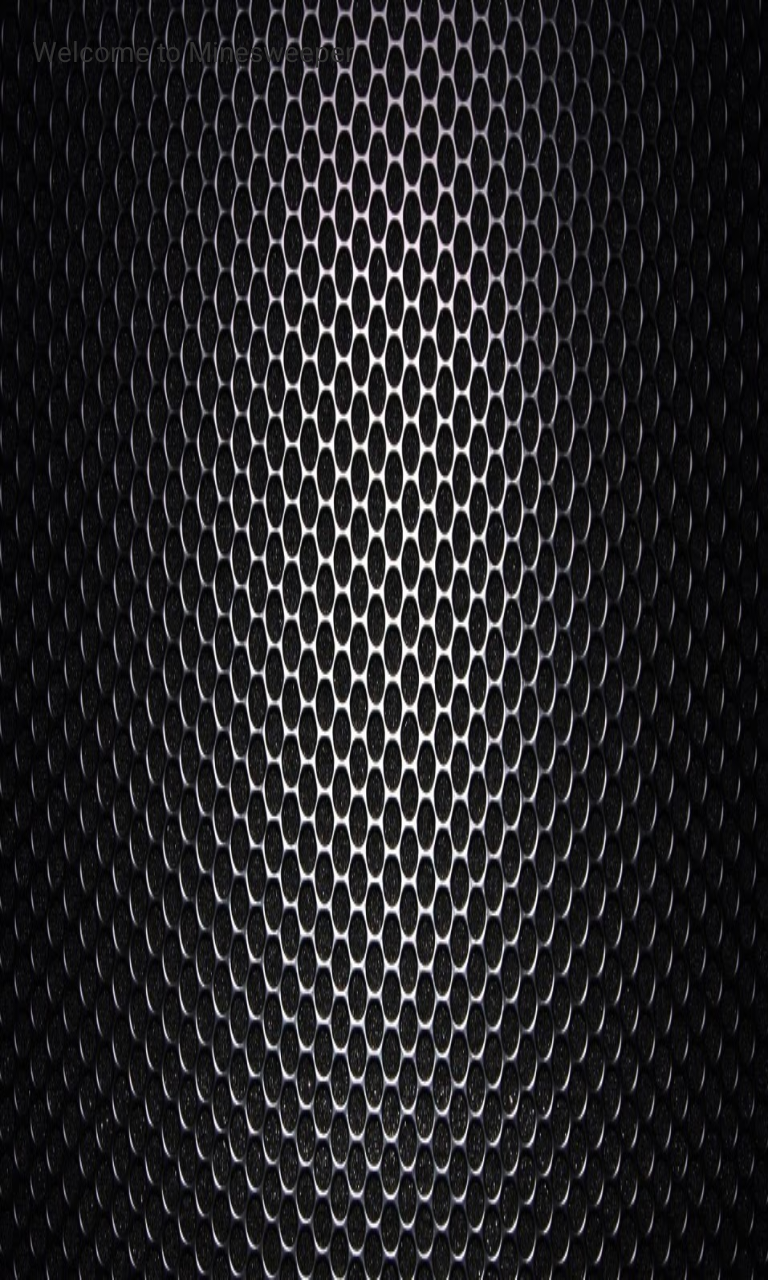
Repository: raquelvillon/BuscaminasLenguajes
Layout: buscaminas/res/layout/activity_main.xml
These files come from the project's save history. The layout is drawn as it stood at one moment and after a run of saves; the edit follows.
It is drawn on a 768 x 1280 px phone screen (xhdpi) without system bars, with theme AppTheme; the app's code is not run.

Above is the layout before, as saved 2013-11-22 06:56:47.

### buscaminas/res/layout/activity_main.xml
<RelativeLayout xmlns:android="http://schemas.android.com/apk/res/android"
    xmlns:tools="http://schemas.android.com/tools"
    android:layout_width="fill_parent"
    android:layout_height="fill_parent"
    android:background="@drawable/background"
    android:paddingBottom="@dimen/activity_vertical_margin"
    android:paddingLeft="@dimen/activity_horizontal_margin"
    android:paddingRight="@dimen/activity_horizontal_margin"
    android:paddingTop="@dimen/activity_vertical_margin"
    tools:context=".MainActivity" >
    <Button android:layout_height="wrap_content"/>

    <TextView
        android:layout_width="wrap_content"
        android:layout_height="wrap_content"
        android:text="@string/hello_world" />

</RelativeLayout>

### buscaminas/res/values/strings.xml
<?xml version="1.0" encoding="utf-8"?>
<resources>

    <string name="app_name">buscaminas</string>
    <string name="action_settings">Settings</string>
    <string name="hello_world">Welcome to Minesweeper</string>

</resources>

Loaded but not shown: buscaminas/res/values/styles.xml (common file); buscaminas/res/values-v11/styles.xml (common file); buscaminas/res/values-v14/styles.xml (common file); buscaminas/res/values/dimens.xml (common file)

After the next 2 saves:
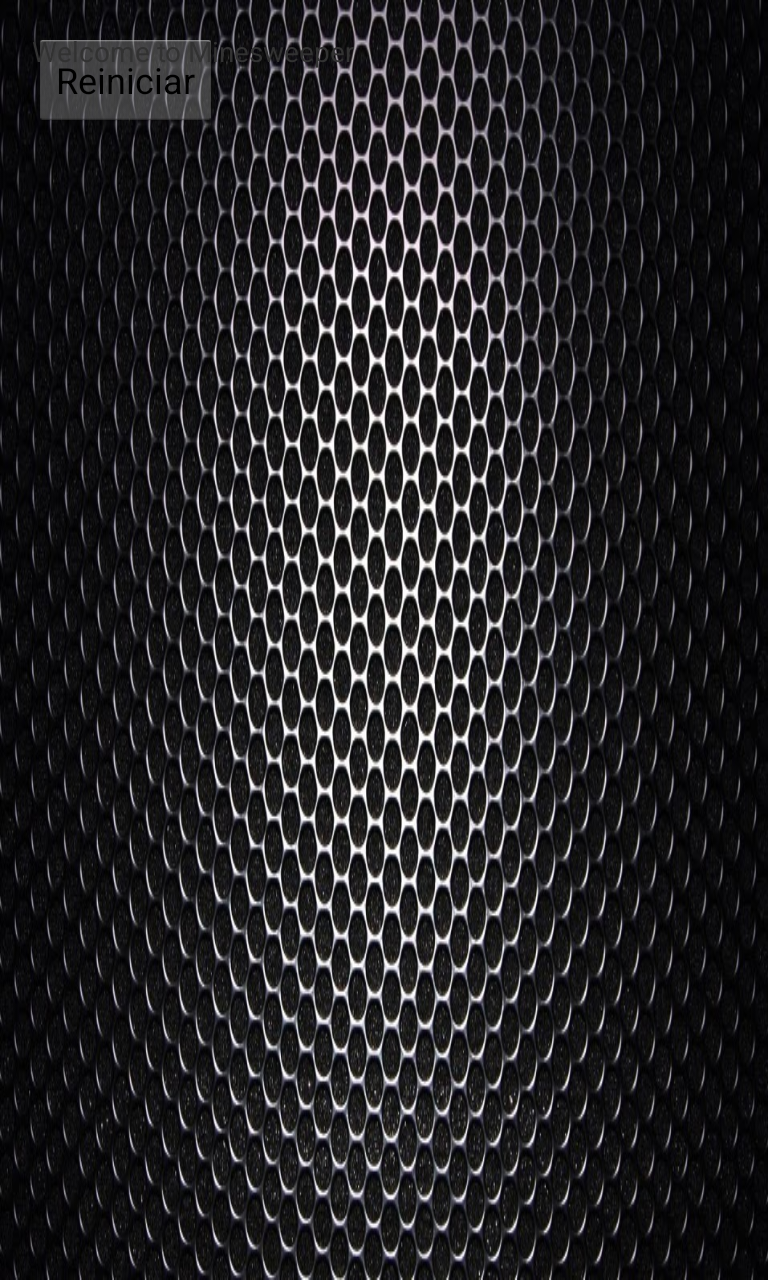
The 2 saves are shown as one change because 1 did not build or start.
The last was saved 5 min 47 s later.
--- a/buscaminas/res/layout/activity_main.xml
+++ b/buscaminas/res/layout/activity_main.xml
@@ -8,7 +8,9 @@
     android:paddingRight="@dimen/activity_horizontal_margin"
     android:paddingTop="@dimen/activity_vertical_margin"
     tools:context=".MainActivity" >
-    <Button android:layout_height="wrap_content"/>
+    <Button android:layout_height="wrap_content"
+        android:layout_width="wrap_content"
+        android:text="Reiniciar"/>
 
     <TextView
         android:layout_width="wrap_content"
